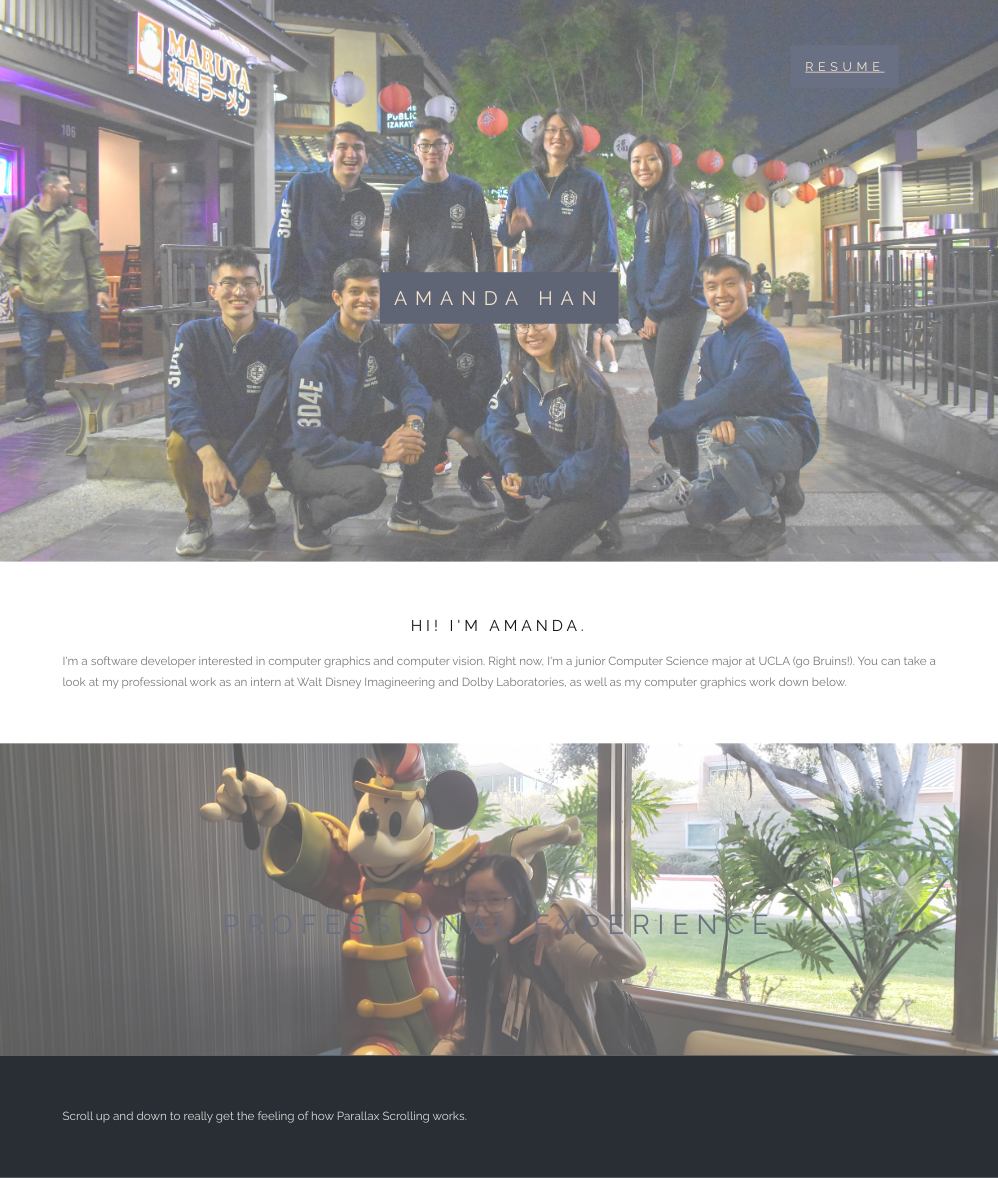
Repository: aliyuanh/me
Page: index.html
An editor plug-in stored every save of this project. The page is shown before and after the next save, followed by the edit.
The browser window is 1280 px wide. The pictures show the part of the page from y = 0 to 1510 px (the page is 2787 px tall), at 78% of full size.
Pictures or frames that could not be fetched are drawn as grey boxes.

Above is the page before, as saved 2020-09-17 12:23:10.

After the next save:
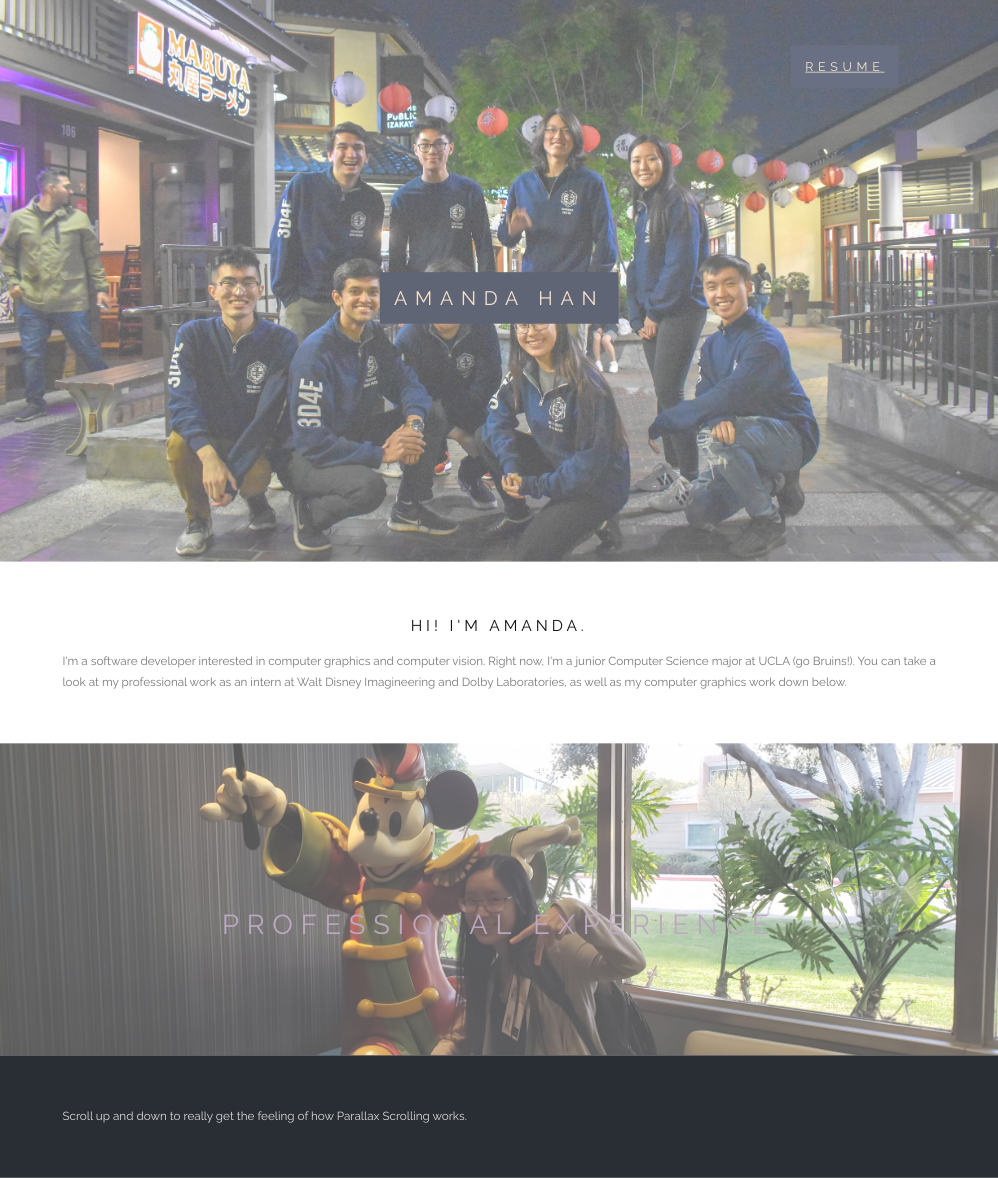
Saved 12 s later.
--- a/index.html
+++ b/index.html
@@ -120,7 +120,7 @@
 
     <div class="bgimg-2">
         <div class="caption">
-            <span class="border" style="background-color:transparent;font-size:35px;color:var(--space-cadet);">PROFESSIONAL EXPERIENCE</span>
+            <span class="border" style="background-color:transparent;font-size:35px;color:var(--mountbatten-pink);">PROFESSIONAL EXPERIENCE</span>
         </div>
     </div>
 
